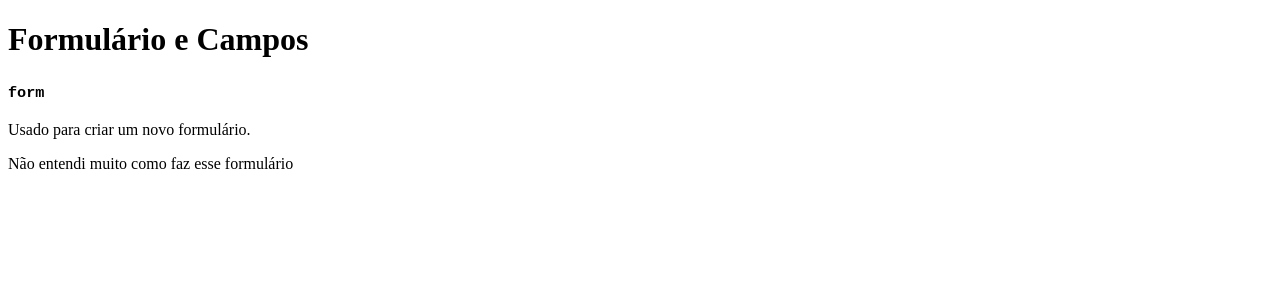
Repository: ErikMesquita/Danki-Code
Page: formulários_e_campos/index.html
An editor plug-in stored every save of this project. The page is shown before and after a run of saves, followed by the edit.
The browser window is 1280 px wide. The pictures show the whole page.

Above is the page before, as saved 2023-10-28 16:08:26.

After the next 5 saves:
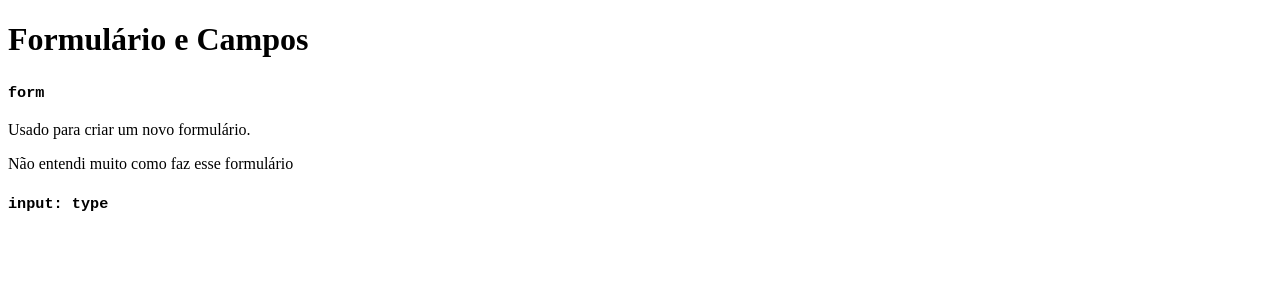
The 5 saves are shown as one change because they came seconds apart.
The last was saved 14 s later.
--- a/formulários_e_campos/index.html
+++ b/formulários_e_campos/index.html
@@ -42,7 +42,7 @@
     </p>
     <form action="method"> Não entendi muito como faz esse formulário</form>
 
-    <h3><code></code></h3>
+    <h3><code>input: type</code></h3>
 
 
 </body>
